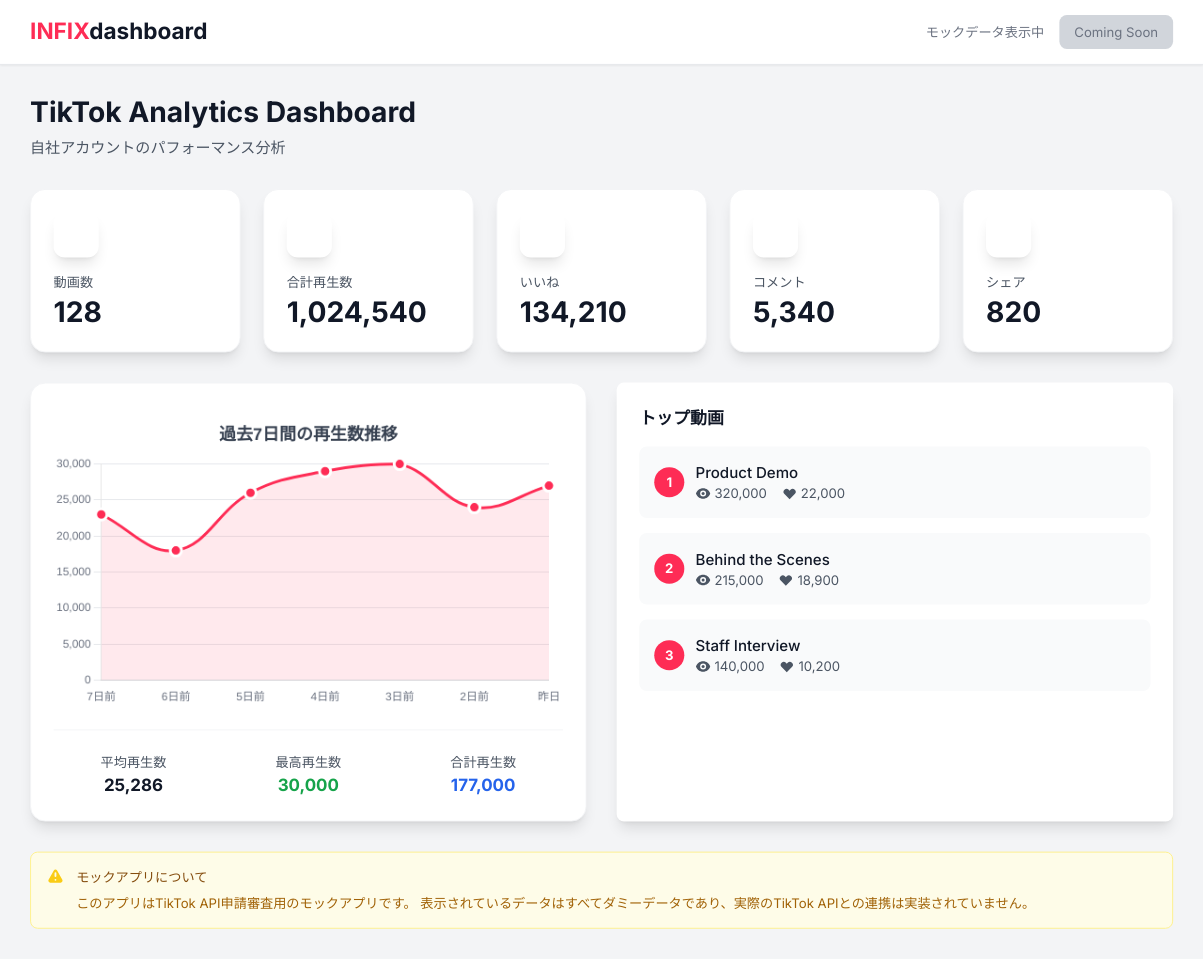
Repository: masayasusuzuki/LogicaMarketingTool
Page: /dashboard
These files come from the project's save history. The page is drawn as it stood at one moment and after the next save; the edit follows.
The browser window is 1280 px wide. The pictures show the whole page, at 94% of full size.
The project was rebuilt for these pictures with package versions that can differ from the ones it lists, and the page was loaded fresh each time. The framework's server and built-in components were replaced by stand-ins that run in the browser. Also part of the build but not shown: next.config.js.

Above is the page before, as saved 2025-08-07 12:23:44.

### src/app/layout.tsx
import type { Metadata } from 'next'
import { Inter } from 'next/font/google'
import './globals.css'

const inter = Inter({ subsets: ['latin'] })

export const metadata: Metadata = {
  title: 'INFIXdashboard - TikTok Analytics',
  description: 'TikTok自社アカウント分析ダッシュボード',
}

export default function RootLayout({
  children,
}: {
  children: React.ReactNode
}) {
  return (
    <html lang="ja">
      <body className={inter.className}>{children}</body>
    </html>
  )
}

### src/app/dashboard/page.tsx
'use client'

import Link from 'next/link'
import { mockTikTokData } from '@/data/mockData'
import KPICard from '@/components/KPICard'
import ViewsChart from '@/components/ViewsChart'
import TopVideos from '@/components/TopVideos'

export default function Dashboard() {
  return (
    <div className="min-h-screen bg-gray-100">
      {/* ヘッダー */}
      <header className="bg-white shadow-sm border-b">
        <div className="max-w-7xl mx-auto px-4 sm:px-6 lg:px-8">
          <div className="flex justify-between items-center py-4">
            <div className="flex items-center">
              <Link href="/" className="text-2xl font-bold">
                <span className="text-tiktok-pink">INFIX</span>
                <span className="text-gray-900">dashboard</span>
              </Link>
            </div>
            <div className="flex items-center space-x-4">
              <span className="text-sm text-gray-500">モックデータ表示中</span>
              <button
                disabled
                className="px-4 py-2 bg-gray-300 text-gray-500 rounded-lg cursor-not-allowed text-sm"
              >
                Coming Soon
              </button>
            </div>
          </div>
        </div>
      </header>

      {/* メインコンテンツ */}
      <main className="max-w-7xl mx-auto px-4 sm:px-6 lg:px-8 py-8">
        {/* ページタイトル */}
        <div className="mb-8">
          <h1 className="text-3xl font-bold text-gray-900">TikTok Analytics Dashboard</h1>
          <p className="text-gray-600 mt-2">自社アカウントのパフォーマンス分析</p>
        </div>

        {/* KPIサマリーカード */}
        <div className="grid grid-cols-1 md:grid-cols-2 lg:grid-cols-5 gap-6 mb-8">
          <KPICard
            title="動画数"
            value={mockTikTokData.total_videos}
            icon={
              <svg fill="currentColor" viewBox="0 0 20 20">
                <path fillRule="evenodd" d="M4 3a2 2 0 00-2 2v10a2 2 0 002 2h12a2 2 0 002-2V5a2 2 0 00-2-2H4zm12 12H4l4-8 3 6 2-4 3 6z" clipRule="evenodd"/>
              </svg>
            }
            color="border-blue-500"
          />
          <KPICard
            title="合計再生数"
            value={mockTikTokData.total_views}
            icon={
              <svg fill="currentColor" viewBox="0 0 20 20">
                <path d="M10 12a2 2 0 100-4 2 2 0 000 4z"/>
                <path fillRule="evenodd" d="M.458 10C1.732 5.943 5.522 3 10 3s8.268 2.943 9.542 7c-1.274 4.057-5.064 7-9.542 7S1.732 14.057.458 10zM14 10a4 4 0 11-8 0 4 4 0 018 0z" clipRule="evenodd"/>
              </svg>
            }
            color="border-green-500"
          />
          <KPICard
            title="いいね"
            value={mockTikTokData.total_likes}
            icon={
              <svg fill="currentColor" viewBox="0 0 20 20">
                <path fillRule="evenodd" d="M3.172 5.172a4 4 0 015.656 0L10 6.343l1.172-1.171a4 4 0 115.656 5.656L10 17.657l-6.828-6.829a4 4 0 010-5.656z" clipRule="evenodd"/>
              </svg>
            }
            color="border-red-500"
          />
          <KPICard
            title="コメント"
            value={mockTikTokData.total_comments}
            icon={
              <svg fill="currentColor" viewBox="0 0 20 20">
                <path fillRule="evenodd" d="M18 10c0 3.866-3.582 7-8 7a8.841 8.841 0 01-4.083-.98L2 17l1.338-3.123C2.493 12.767 2 11.434 2 10c0-3.866 3.582-7 8-7s8 3.134 8 7zM7 9H5v2h2V9zm8 0h-2v2h2V9zM9 9h2v2H9V9z" clipRule="evenodd"/>
              </svg>
            }
            color="border-yellow-500"
          />
          <KPICard
            title="シェア"
            value={mockTikTokData.total_shares}
            icon={
              <svg fill="currentColor" viewBox="0 0 20 20">
                <path d="M15 8a3 3 0 10-2.977-2.63l-4.94 2.47a3 3 0 100 4.319l4.94 2.47a3 3 0 10.895-1.789l-4.94-2.47a3.027 3.027 0 000-.74l4.94-2.47C13.456 7.68 14.19 8 15 8z"/>
              </svg>
            }
            color="border-purple-500"
          />
        </div>

        {/* グラフとトップ動画 */}
        <div className="grid grid-cols-1 lg:grid-cols-2 gap-8">
          <ViewsChart dailyViews={mockTikTokData.daily_views} />
          <TopVideos videos={mockTikTokData.top_videos} />
        </div>

        {/* 注意書き */}
        <div className="mt-8 p-4 bg-yellow-50 border border-yellow-200 rounded-lg">
          <div className="flex">
            <div className="flex-shrink-0">
              <svg className="h-5 w-5 text-yellow-400" viewBox="0 0 20 20" fill="currentColor">
                <path fillRule="evenodd" d="M8.257 3.099c.765-1.36 2.722-1.36 3.486 0l5.58 9.92c.75 1.334-.213 2.98-1.742 2.98H4.42c-1.53 0-2.493-1.646-1.743-2.98l5.58-9.92zM11 13a1 1 0 11-2 0 1 1 0 012 0zm-1-8a1 1 0 00-1 1v3a1 1 0 002 0V6a1 1 0 00-1-1z" clipRule="evenodd"/>
              </svg>
            </div>
            <div className="ml-3">
              <h3 className="text-sm font-medium text-yellow-800">
                モックアプリについて
              </h3>
              <div className="mt-2 text-sm text-yellow-700">
                <p>
                  このアプリはTikTok API申請審査用のモックアプリです。
                  表示されているデータはすべてダミーデータであり、実際のTikTok APIとの連携は実装されていません。
                </p>
              </div>
            </div>
          </div>
        </div>
      </main>
    </div>
  )
}

### src/data/mockData.ts
export interface TikTokData {
  total_videos: number;
  total_views: number;
  total_likes: number;
  total_comments: number;
  total_shares: number;
  daily_views: number[];
  top_videos: {
    title: string;
    views: number;
    likes: number;
  }[];
}

export const mockTikTokData: TikTokData = {
  total_videos: 128,
  total_views: 1024540,
  total_likes: 134210,
  total_comments: 5340,
  total_shares: 820,
  daily_views: [23000, 18000, 26000, 29000, 30000, 24000, 27000],
  top_videos: [
    { title: "Product Demo", views: 320000, likes: 22000 },
    { title: "Behind the Scenes", views: 215000, likes: 18900 },
    { title: "Staff Interview", views: 140000, likes: 10200 }
  ]
};

### src/components/KPICard.tsx
interface KPICardProps {
  title: string;
  value: string | number;
  icon: React.ReactNode;
  color: string;
  trend?: {
    value: number;
    isPositive: boolean;
  };
}

export default function KPICard({ title, value, icon, color, trend }: KPICardProps) {
  return (
    <div className="group relative bg-white rounded-2xl shadow-lg hover:shadow-xl transition-all duration-300 overflow-hidden border border-gray-100">
      {/* グラデーション背景 */}
      <div className={`absolute inset-0 bg-gradient-to-br ${color} opacity-5 group-hover:opacity-10 transition-opacity duration-300`}></div>

      <div className="relative p-6">
        <div className="flex items-center justify-between mb-4">
          <div className={`w-12 h-12 rounded-xl bg-gradient-to-br ${color} flex items-center justify-center shadow-lg`}>
            <div className="text-white text-xl">
              {icon}
            </div>
          </div>

          {trend && (
            <div className={`flex items-center px-2 py-1 rounded-full text-xs font-medium ${
              trend.isPositive
                ? 'bg-green-100 text-green-700'
                : 'bg-red-100 text-red-700'
            }`}>
              <svg className={`w-3 h-3 mr-1 ${trend.isPositive ? 'rotate-0' : 'rotate-180'}`} fill="currentColor" viewBox="0 0 20 20">
                <path fillRule="evenodd" d="M12.293 5.293a1 1 0 011.414 0l4 4a1 1 0 010 1.414l-4 4a1 1 0 01-1.414-1.414L14.586 11H3a1 1 0 110-2h11.586l-2.293-2.293a1 1 0 010-1.414z" clipRule="evenodd"/>
              </svg>
              {trend.value}%
            </div>
          )}
        </div>

        <div>
          <p className="text-sm font-medium text-gray-600 mb-1">{title}</p>
          <p className="text-3xl font-bold text-gray-900">
            {typeof value === 'number' ? value.toLocaleString() : value}
          </p>
        </div>

        {/* ホバー時の装飾 */}
        <div className={`absolute bottom-0 left-0 right-0 h-1 bg-gradient-to-r ${color} transform scale-x-0 group-hover:scale-x-100 transition-transform duration-300`}></div>
      </div>
    </div>
  );
}

### src/components/ViewsChart.tsx
'use client'

import {
  Chart as ChartJS,
  CategoryScale,
  LinearScale,
  PointElement,
  LineElement,
  Title,
  Tooltip,
  Legend,
  Filler,
} from 'chart.js';
import { Line } from 'react-chartjs-2';

ChartJS.register(
  CategoryScale,
  LinearScale,
  PointElement,
  LineElement,
  Title,
  Tooltip,
  Legend,
  Filler
);

interface ViewsChartProps {
  dailyViews: number[];
}

export default function ViewsChart({ dailyViews }: ViewsChartProps) {
  const options = {
    responsive: true,
    maintainAspectRatio: false,
    plugins: {
      legend: {
        display: false,
      },
      title: {
        display: true,
        text: '過去7日間の再生数推移',
        font: {
          size: 18,
          weight: 'bold',
        },
        color: '#374151',
        padding: 20,
      },
      tooltip: {
        backgroundColor: 'rgba(0, 0, 0, 0.8)',
        titleColor: '#fff',
        bodyColor: '#fff',
        borderColor: '#fe2c55',
        borderWidth: 1,
        cornerRadius: 8,
        displayColors: false,
        callbacks: {
          label: function(context: any) {
            return `再生数: ${context.parsed.y.toLocaleString()}`;
          }
        }
      }
    },
    scales: {
      x: {
        grid: {
          display: false,
        },
        ticks: {
          color: '#6B7280',
          font: {
            weight: '500',
          }
        }
      },
      y: {
        beginAtZero: true,
        grid: {
          color: '#E5E7EB',
          drawBorder: false,
        },
        ticks: {
          color: '#6B7280',
          font: {
            weight: '500',
          },
          callback: function(value: any) {
            return value.toLocaleString();
          }
        }
      }
    },
    elements: {
      point: {
        radius: 6,
        hoverRadius: 8,
        backgroundColor: '#fe2c55',
        borderColor: '#fff',
        borderWidth: 3,
      },
      line: {
        tension: 0.4,
      }
    }
  };

  const labels = ['7日前', '6日前', '5日前', '4日前', '3日前', '2日前', '昨日'];

  const data = {
    labels,
    datasets: [
      {
        label: '再生数',
        data: dailyViews,
        borderColor: '#fe2c55',
        backgroundColor: 'rgba(254, 44, 85, 0.1)',
        fill: true,
        pointBackgroundColor: '#fe2c55',
        pointBorderColor: '#fff',
        pointBorderWidth: 3,
        pointRadius: 6,
        pointHoverRadius: 8,
      },
    ],
  };

  return (
    <div className="bg-white rounded-2xl shadow-lg p-6 border border-gray-100">
      <div className="h-80">
        <Line options={options} data={data} />
      </div>

      {/* 統計情報 */}
      <div className="mt-6 pt-6 border-t border-gray-100">
        <div className="grid grid-cols-3 gap-4">
          <div className="text-center">
            <p className="text-sm text-gray-600">平均再生数</p>
            <p className="text-lg font-bold text-gray-900">
              {Math.round(dailyViews.reduce((a, b) => a + b, 0) / dailyViews.length).toLocaleString()}
            </p>
          </div>
          <div className="text-center">
            <p className="text-sm text-gray-600">最高再生数</p>
            <p className="text-lg font-bold text-green-600">
              {Math.max(...dailyViews).toLocaleString()}
            </p>
          </div>
          <div className="text-center">
            <p className="text-sm text-gray-600">合計再生数</p>
            <p className="text-lg font-bold text-blue-600">
              {dailyViews.reduce((a, b) => a + b, 0).toLocaleString()}
            </p>
          </div>
        </div>
      </div>
    </div>
  );
}

### src/components/TopVideos.tsx
interface Video {
  title: string;
  views: number;
  likes: number;
}

interface TopVideosProps {
  videos: Video[];
}

export default function TopVideos({ videos }: TopVideosProps) {
  return (
    <div className="bg-white rounded-lg shadow-lg p-6">
      <h3 className="text-lg font-semibold text-gray-900 mb-4">トップ動画</h3>
      <div className="space-y-4">
        {videos.map((video, index) => (
          <div key={index} className="flex items-center justify-between p-4 bg-gray-50 rounded-lg">
            <div className="flex items-center">
              <div className="w-8 h-8 bg-tiktok-pink text-white rounded-full flex items-center justify-center font-bold text-sm mr-3">
                {index + 1}
              </div>
              <div>
                <h4 className="font-medium text-gray-900">{video.title}</h4>
                <div className="flex items-center space-x-4 text-sm text-gray-600">
                  <span className="flex items-center">
                    <svg className="w-4 h-4 mr-1" fill="currentColor" viewBox="0 0 20 20">
                      <path d="M10 12a2 2 0 100-4 2 2 0 000 4z"/>
                      <path fillRule="evenodd" d="M.458 10C1.732 5.943 5.522 3 10 3s8.268 2.943 9.542 7c-1.274 4.057-5.064 7-9.542 7S1.732 14.057.458 10zM14 10a4 4 0 11-8 0 4 4 0 018 0z" clipRule="evenodd"/>
                    </svg>
                    {video.views.toLocaleString()}
                  </span>
                  <span className="flex items-center">
                    <svg className="w-4 h-4 mr-1" fill="currentColor" viewBox="0 0 20 20">
                      <path fillRule="evenodd" d="M3.172 5.172a4 4 0 015.656 0L10 6.343l1.172-1.171a4 4 0 115.656 5.656L10 17.657l-6.828-6.829a4 4 0 010-5.656z" clipRule="evenodd"/>
                    </svg>
                    {video.likes.toLocaleString()}
                  </span>
                </div>
              </div>
            </div>
          </div>
        ))}
      </div>
    </div>
  );
}

### tailwind.config.js
/** @type {import('tailwindcss').Config} */
module.exports = {
  content: [
    './src/pages/**/*.{js,ts,jsx,tsx,mdx}',
    './src/components/**/*.{js,ts,jsx,tsx,mdx}',
    './src/app/**/*.{js,ts,jsx,tsx,mdx}',
  ],
  theme: {
    extend: {
      colors: {
        tiktok: {
          pink: '#fe2c55',
          black: '#121212',
          gray: '#8e8e93',
        }
      }
    },
  },
  plugins: [],
}

Loaded but not shown: src/app/globals.css (common file)

After the next save:
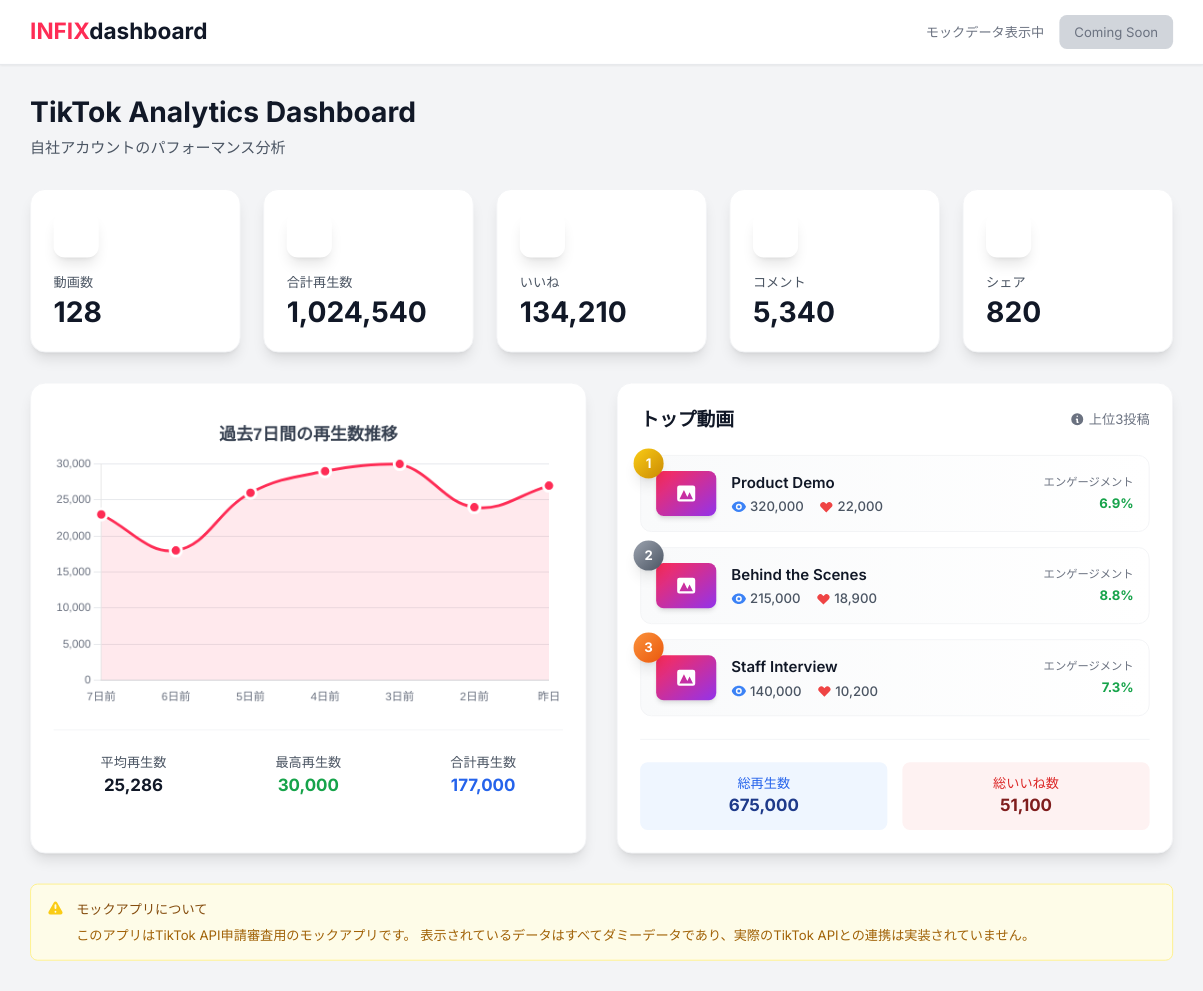
Saved 27 s later.
--- a/src/components/TopVideos.tsx
+++ b/src/components/TopVideos.tsx
@@ -10,36 +10,100 @@
 
 export default function TopVideos({ videos }: TopVideosProps) {
   return (
-    <div className="bg-white rounded-lg shadow-lg p-6">
-      <h3 className="text-lg font-semibold text-gray-900 mb-4">トップ動画</h3>
+    <div className="bg-white rounded-2xl shadow-lg p-6 border border-gray-100">
+      <div className="flex items-center justify-between mb-6">
+        <h3 className="text-xl font-bold text-gray-900">トップ動画</h3>
+        <div className="flex items-center text-sm text-gray-500">
+          <svg className="w-4 h-4 mr-1" fill="currentColor" viewBox="0 0 20 20">
+            <path fillRule="evenodd" d="M18 10a8 8 0 11-16 0 8 8 0 0116 0zm-7-4a1 1 0 11-2 0 1 1 0 012 0zM9 9a1 1 0 000 2v3a1 1 0 001 1h1a1 1 0 100-2v-3a1 1 0 00-1-1H9z" clipRule="evenodd"/>
+          </svg>
+          上位3投稿
+        </div>
+      </div>
+
       <div className="space-y-4">
         {videos.map((video, index) => (
-          <div key={index} className="flex items-center justify-between p-4 bg-gray-50 rounded-lg">
+          <div key={index} className="group relative bg-gradient-to-r from-gray-50 to-white hover:from-gray-100 hover:to-gray-50 rounded-xl p-4 border border-gray-100 hover:border-gray-200 transition-all duration-300 cursor-pointer">
+            {/* ランキングバッジ */}
+            <div className="absolute -top-2 -left-2 w-8 h-8 rounded-full flex items-center justify-center font-bold text-sm shadow-lg">
+              {index === 0 && (
+                <div className="w-full h-full bg-gradient-to-br from-yellow-400 to-yellow-600 rounded-full flex items-center justify-center text-white">
+                  1
+                </div>
+              )}
+              {index === 1 && (
+                <div className="w-full h-full bg-gradient-to-br from-gray-400 to-gray-600 rounded-full flex items-center justify-center text-white">
+                  2
+                </div>
+              )}
+              {index === 2 && (
+                <div className="w-full h-full bg-gradient-to-br from-orange-400 to-orange-600 rounded-full flex items-center justify-center text-white">
+                  3
+                </div>
+              )}
+            </div>
+
             <div className="flex items-center">
-              <div className="w-8 h-8 bg-tiktok-pink text-white rounded-full flex items-center justify-center font-bold text-sm mr-3">
-                {index + 1}
+              {/* サムネイルプレースホルダー */}
+              <div className="w-16 h-12 bg-gradient-to-br from-tiktok-pink to-purple-600 rounded-lg flex items-center justify-center mr-4 shadow-md">
+                <svg className="w-6 h-6 text-white" fill="currentColor" viewBox="0 0 20 20">
+                  <path fillRule="evenodd" d="M4 3a2 2 0 00-2 2v10a2 2 0 002 2h12a2 2 0 002-2V5a2 2 0 00-2-2H4zm12 12H4l4-8 3 6 2-4 3 6z" clipRule="evenodd"/>
+                </svg>
               </div>
-              <div>
-                <h4 className="font-medium text-gray-900">{video.title}</h4>
+
+              <div className="flex-1 min-w-0">
+                <h4 className="font-semibold text-gray-900 mb-1 truncate group-hover:text-tiktok-pink transition-colors">
+                  {video.title}
+                </h4>
+
                 <div className="flex items-center space-x-4 text-sm text-gray-600">
                   <span className="flex items-center">
-                    <svg className="w-4 h-4 mr-1" fill="currentColor" viewBox="0 0 20 20">
+                    <svg className="w-4 h-4 mr-1 text-blue-500" fill="currentColor" viewBox="0 0 20 20">
                       <path d="M10 12a2 2 0 100-4 2 2 0 000 4z"/>
                       <path fillRule="evenodd" d="M.458 10C1.732 5.943 5.522 3 10 3s8.268 2.943 9.542 7c-1.274 4.057-5.064 7-9.542 7S1.732 14.057.458 10zM14 10a4 4 0 11-8 0 4 4 0 018 0z" clipRule="evenodd"/>
                     </svg>
-                    {video.views.toLocaleString()}
+                    <span className="font-medium">{video.views.toLocaleString()}</span>
                   </span>
                   <span className="flex items-center">
-                    <svg className="w-4 h-4 mr-1" fill="currentColor" viewBox="0 0 20 20">
+                    <svg className="w-4 h-4 mr-1 text-red-500" fill="currentColor" viewBox="0 0 20 20">
                       <path fillRule="evenodd" d="M3.172 5.172a4 4 0 015.656 0L10 6.343l1.172-1.171a4 4 0 115.656 5.656L10 17.657l-6.828-6.829a4 4 0 010-5.656z" clipRule="evenodd"/>
                     </svg>
-                    {video.likes.toLocaleString()}
+                    <span className="font-medium">{video.likes.toLocaleString()}</span>
                   </span>
                 </div>
               </div>
+
+              {/* エンゲージメント率 */}
+              <div className="text-right">
+                <div className="text-xs text-gray-500 mb-1">エンゲージメント</div>
+                <div className="text-sm font-bold text-green-600">
+                  {((video.likes / video.views) * 100).toFixed(1)}%
+                </div>
+              </div>
             </div>
+
+            {/* ホバー時の装飾 */}
+            <div className="absolute bottom-0 left-0 right-0 h-0.5 bg-gradient-to-r from-tiktok-pink to-purple-600 transform scale-x-0 group-hover:scale-x-100 transition-transform duration-300"></div>
           </div>
         ))}
+      </div>
+
+      {/* 統計サマリー */}
+      <div className="mt-6 pt-6 border-t border-gray-100">
+        <div className="grid grid-cols-2 gap-4">
+          <div className="text-center p-3 bg-blue-50 rounded-lg">
+            <p className="text-sm text-blue-600 font-medium">総再生数</p>
+            <p className="text-lg font-bold text-blue-900">
+              {videos.reduce((sum, video) => sum + video.views, 0).toLocaleString()}
+            </p>
+          </div>
+          <div className="text-center p-3 bg-red-50 rounded-lg">
+            <p className="text-sm text-red-600 font-medium">総いいね数</p>
+            <p className="text-lg font-bold text-red-900">
+              {videos.reduce((sum, video) => sum + video.likes, 0).toLocaleString()}
+            </p>
+          </div>
+        </div>
       </div>
     </div>
   );
